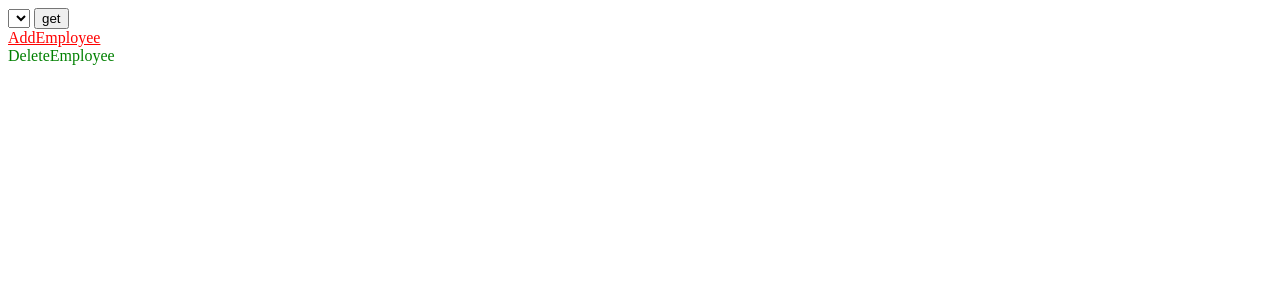
Repository: jayakumar721/projects
Page: http://localhost/WebFilter/EmpDemo.jsp
The author's editor kept a copy of each file at every save. The page is drawn from the files as they stood at one save, then again after the next save.
The browser window is 1280 px wide. The pictures show the whole page.
The first visible `a` is being pressed.
The page is served by Tomcat 9. Other server files are loaded and not shown. Queries for data that is not in the repository find no rows.

Above is the page before, as saved 2017-11-21 11:26:34.

### WebFilter/WebContent/EmpDemo.jsp
<%@page import="in.vamsoft.services.ServiceDao"%>
<%@page import="in.vamsoft.dao.EmpDao"%>
<%@page import="in.vamsoft.model.Employee"%>
<%@page import="in.vamsoft.model.Department"%>
<%@page import="java.util.List"%>
<%@page import="in.vamsoft.services.EmpServices"%>
<%@ page language="java" contentType="text/html; charset=UTF-8"
	pageEncoding="UTF-8"%>
<!DOCTYPE html PUBLIC "-//W3C//DTD HTML 4.01 Transitional//EN" "http://www.w3.org/TR/html4/loose.dtd">
<html>
<head>
<meta http-equiv="Content-Type" content="text/html; charset=UTF-8">
<title>Insert title here</title>
<style>
a:link{
color:green;
background-color:transparent;
text-decoration:none;
}
a:hover{
color:red;
background-color:transparent;
text-decoration:underline;
}
a:visited{
color:pink;
background-color:transparent;
text-decoration:none;
}

</style>
</head>
<body>
	<form action="EmployeeDetails" method="post" class="form-group">
		<select name="deptId" class="form-control">
			<%
			  ServiceDao services = new EmpServices();
			  List<Department> departments = services.getAllDepartments();
			  for (Department d : departments) {
			%>

			<option value="<%=d.getDeptNo()%>"><%=d.getDeptName()%></option>
			<%
			  }
			%>
		</select>
		<input type="submit" value="get" name="operation"><br>
		<a href="AddEmployee.html">AddEmployee</a><br>
		<a href="DeleteEmployee.html">DeleteEmployee</a>
	</form>
</body>
</html>

### WebFilter/src/in/vamsoft/services/EmpServices.java
package in.vamsoft.services;

import java.util.List;

import in.vamsoft.dao.EmpDao;
import in.vamsoft.dao.EmpDaoFactory;
import in.vamsoft.model.Department;
import in.vamsoft.model.Employee;

public class EmpServices implements ServiceDao {

  EmpDao dao = EmpDaoFactory.getEmployeeObjects();
  /* (non-Javadoc)
   * @see in.vamsoft.services.ServiceDao#getAllDepartments()
   */
  /* (non-Javadoc)
   * @see in.vamsoft.services.ServiceDao#getAllDepartments()
   */
  @Override
  public List<Department> getAllDepartments(){
    return dao.getAllDept();
  }

  /* (non-Javadoc)
   * @see in.vamsoft.services.ServiceDao#getEmoloyeeByDept(int)
   */
  /* (non-Javadoc)
   * @see in.vamsoft.services.ServiceDao#getEmoloyeeByDept(int)
   */
  @Override
  public List<Employee> getEmoloyeeByDept(int deptId){
    return dao.findEmployeeByDept(deptId);
  }

  /* (non-Javadoc)
   * @see in.vamsoft.services.ServiceDao#addEmployee(in.vamsoft.model.Employee)
   */
  @Override
  public boolean addEmployee(Employee emp) {
    return dao.addEmployee(emp);
  }
  @Override
  public boolean deleteEmployee(int id) {
    return dao.deleteEmployee(id);
  }
}

### WebFilter/src/in/vamsoft/dao/EmpDaoFactory.java
package in.vamsoft.dao;

public class EmpDaoFactory {

  public static EmpDao getEmployeeObjects() {
    return new EmployeeDao();
  }

}

### WebFilter/src/in/vamsoft/dao/EmpDao.java
package in.vamsoft.dao;

import java.util.List;

import in.vamsoft.model.Department;
import in.vamsoft.model.Employee;

public interface EmpDao {

  /* (non-Javadoc)
   * @see in.vamsoft.dao.EmpDao#getAllDept()
   */
  List<Department> getAllDept();

  /* (non-Javadoc)
   * @see in.vamsoft.dao.EmpDao#findEmployeeByDept(int)
   */
  List<Employee> findEmployeeByDept(int deptId);

  boolean addEmployee(Employee emp);

  boolean deleteEmployee(int id);

}

### WebFilter/src/in/vamsoft/dao/EmployeeDao.java
package in.vamsoft.dao;

import java.sql.Connection;
import java.sql.Date;
import java.sql.PreparedStatement;
import java.sql.ResultSet;
import java.sql.SQLException;
import java.util.ArrayList;
import java.util.List;

import in.vamsoft.model.Department;
import in.vamsoft.model.Employee;

public class EmployeeDao implements EmpDao{

  Connection connection;
  ResultSet resultSet;

  public EmployeeDao() {
   connection = DBConnectionUtil.getConnection();
  }

  /* (non-Javadoc)
   * @see in.vamsoft.dao.EmpDao#getAllDept()
   */
  /* (non-Javadoc)
   * @see in.vamsoft.dao.EmpDao#getAllDept()
   */
  @Override
  public List<Department> getAllDept() {
    List<Department> list = new ArrayList<>();
    try(PreparedStatement preparedStatement = connection.prepareStatement("Select distinct department_id,department_name from departments")){
      resultSet = preparedStatement.executeQuery();
      while(resultSet.next()) {
        Department department = new Department();
        department.setDeptNo(resultSet.getInt(1));
        department.setDeptName(resultSet.getString(2));
        list.add(department);
      }


    } catch (SQLException e) {
      e.printStackTrace();
    }

    return list;

  }

  /* (non-Javadoc)
   * @see in.vamsoft.dao.EmpDao#findEmployeeByDept(int)
   */
  /* (non-Javadoc)
   * @see in.vamsoft.dao.EmpDao#findEmployeeByDept(int)
   */
  @Override
  public List<Employee> findEmployeeByDept(int deptId){
    List<Employee> emp = new ArrayList<>();
    try(PreparedStatement preparedStatement = connection.prepareStatement("select * from empcopy where deptid=?")){
      preparedStatement.setInt(1, deptId);
      resultSet = preparedStatement.executeQuery();

      while(resultSet.next()) {
        Employee employee = new Employee();
        employee.setEmpNo(resultSet.getInt(1));
        employee.setEmpName(resultSet.getString(2));
        employee.setSalary(resultSet.getDouble(3));
        employee.setDate(resultSet.getDate(4).toLocalDate());
        employee.setDeptId(resultSet.getInt(5));
        emp.add(employee);

      }

    } catch (SQLException e) {
      e.printStackTrace();
    }


    return emp;

  }


  /* (non-Javadoc)
   * @see in.vamsoft.dao.EmpDao#addEmployee(in.vamsoft.model.Employee)
   */
  @Override
  public boolean addEmployee(Employee emp) {
    try(PreparedStatement preparedStatement = connection.prepareStatement("insert into empcopy values(?,?,?,?,?)")) {

      preparedStatement.setInt(1, emp.getEmpNo());
      preparedStatement.setString(2, emp.getEmpName());
      preparedStatement.setDouble(3, emp.getSalary());
      preparedStatement.setDate(4,Date.valueOf(emp.getDate()));
      preparedStatement.setInt(5, emp.getDeptId());
      int i = preparedStatement.executeUpdate();
      return i > 0 ? true : false;
    } catch (SQLException e) {
      e.printStackTrace();
    }
    return false;

  }

  /* (non-Javadoc)
   * @see in.vamsoft.dao.EmpDao#deleteEmployee(int)
   */
  @Override
  public boolean deleteEmployee(int id) {

    try (PreparedStatement preparedStatement = connection.prepareStatement("delete empcopy where empid=?")) {
      preparedStatement.setInt(1, id);
      int i = preparedStatement.executeUpdate();
      return i > 0 ? true : false;
    } catch (SQLException e) {
      e.printStackTrace();
    }

    return false;

  }

}

### WebFilter/src/in/vamsoft/dao/DBConnectionUtil.java
package in.vamsoft.dao;

import java.io.FileNotFoundException;

import java.io.IOException;
import java.io.InputStream;
import java.sql.Connection;
import java.sql.DriverManager;
import java.sql.SQLException;
import java.util.Properties;

import org.apache.log4j.Logger;

public class DBConnectionUtil {

  public static Logger logger = Logger.getLogger(DBConnectionUtil.class);

  public static Connection getConnection() {

    String driver = null;
    String url = null;
    String uname = null;
    String password = null;
    Connection con = null;
    try {
      InputStream in=DBConnectionUtil.class.getClassLoader().getResourceAsStream("db.properties");

//      FileReader fileReader = new FileReader("db.properties");
      Properties properties = new Properties();
      properties.load(in);
      driver = properties.getProperty("driver");
      url = properties.getProperty("url");
      uname = properties.getProperty("user");
      password = properties.getProperty("password");

      Class.forName(driver);
      con = DriverManager.getConnection(url, uname, password);
      logger.info("connection done");
    } catch (FileNotFoundException e) {
      logger.error("db properties file not found");
    } catch (ClassNotFoundException e) {

      e.printStackTrace();
    } catch (SQLException e) {

      e.printStackTrace();
    } catch (IOException e) {

      e.printStackTrace();
    }
    return con;

  }
  public static void closeConnection(Connection conn) {
    try {
      conn.close();
    } catch (SQLException e) {

      e.printStackTrace();
    }
  }

}

After the next save:
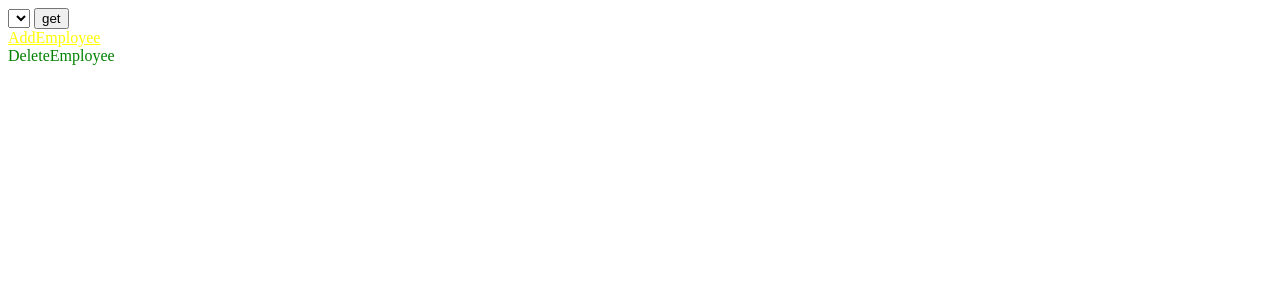
Saved 39 s later.
--- a/WebFilter/WebContent/EmpDemo.jsp
+++ b/WebFilter/WebContent/EmpDemo.jsp
@@ -28,6 +28,12 @@ background-color:transparent;
 text-decoration:none;
 }
 
+a:active {
+    color: yellow;
+    background-color: transparent;
+    text-decoration: underline;
+}
+
 </style>
 </head>
 <body>
